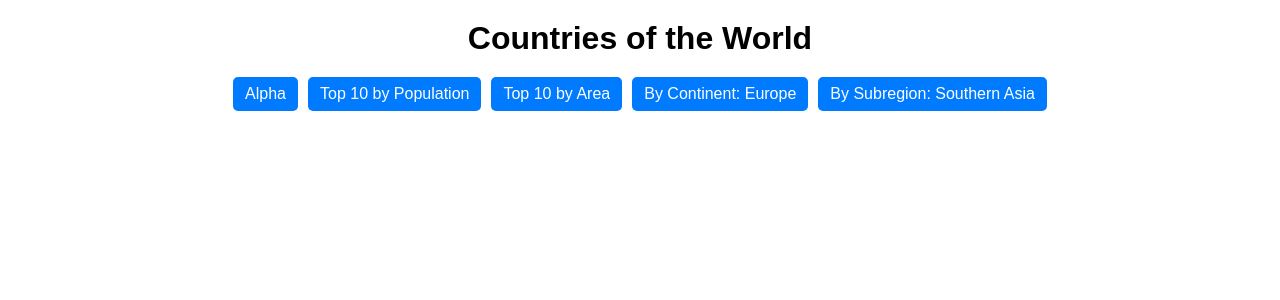
Repository: GavinPahal/Labweek10
Page: /
These files come from the project's save history. The page is drawn as it stood at one moment and after the next save; the edit follows.
The browser window is 1280 px wide. The pictures show the whole page.
The page's requests for data from a server got no answer. The project was rebuilt for these pictures with package versions that can differ from the ones it lists, and the page was loaded fresh each time. No one was signed in, and anything a server would have sent is missing. Also part of the build but not shown: vite.config.js, src/components/Country.jsx.

Above is the page before, as saved 2024-11-08 23:16:03.

### src/main.jsx
import React from 'react';
import ReactDOM from 'react-dom/client';
import App from './App.jsx'; // Import your App component here
import './App.css'; // Ensure styling is imported

ReactDOM.createRoot(document.getElementById('root')).render(
  <React.StrictMode>
    <App />
  </React.StrictMode>,
);

### src/App.jsx
import React, { useState, useEffect } from 'react';
import Countries from './components/Countries';
import './App.css';

function App() {
  const [countries, setCountries] = useState([]);
  const [filteredCountries, setFilteredCountries] = useState([]);
  const [continentFilter, setContinentFilter] = useState('');
  const [subregionFilter, setSubregionFilter] = useState('');

  useEffect(() => {
    fetch('https://restcountries.com/v3.1/all')
      .then(response => response.json())
      .then(data => {
        setCountries(data);
        setFilteredCountries(data);
      })
      .catch(error => console.error('Error fetching data:', error));
  }, []);

  const filterByContinent = (continent) => {
    setContinentFilter(continent);
    setSubregionFilter('');
    setFilteredCountries(countries.filter(country => country.continents.includes(continent)));
  };

  const filterBySubregion = (subregion) => {
    setSubregionFilter(subregion);
    setContinentFilter('');
    setFilteredCountries(countries.filter(country => country.subregion === subregion));
  };

  const top10 = (type) => {
    const sorted = [...countries].sort((a, b) => b[type] - a[type]).slice(0, 10);
    setFilteredCountries(sorted);
  };

  const sortAlphabetically = () => {
    const sorted = [...filteredCountries].sort((a, b) => a.name.common.localeCompare(b.name.common));
    setFilteredCountries(sorted);
  };

  return (
    <div className="app">
      <h1>Countries of the World</h1>
      <div className="filters">
        <button onClick={sortAlphabetically}>Alpha</button>
        <button onClick={() => top10('population')}>Top 10 by Population</button>
        <button onClick={() => top10('area')}>Top 10 by Area</button>
        <button onClick={() => filterByContinent('Europe')}>By Continent: Europe</button>
        <button onClick={() => filterBySubregion('Southern Asia')}>By Subregion: Southern Asia</button>
      </div>
      <Countries countries={filteredCountries} />
    </div>
  );
}

export default App;

### src/App.css
/* App.css */

.app {
  font-family: Arial, sans-serif;
  text-align: center;
}

h1 {
  font-size: 2em;
  margin: 20px 0;
}

.filters {
  display: flex;
  justify-content: center;
  gap: 10px;
  margin-bottom: 20px;
}

button {
  padding: 8px 12px;
  font-size: 1em;
  border: none;
  background-color: #007bff;
  color: white;
  cursor: pointer;
  border-radius: 5px;
}

button:hover {
  background-color: #0056b3;
}

.countries {
  display: flex;
  flex-wrap: wrap;
  justify-content: center;
  gap: 20px;
}

.country {
  border: 1px solid #ddd;
  padding: 15px;
  border-radius: 5px;
  width: 250px;
  text-align: left;
}

.flag {
  width: 100%;
  height: auto;
  border-radius: 5px;
  margin-bottom: 10px;
}

.country h2 {
  font-size: 1.2em;
  margin: 0;
}

.country p {
  margin: 5px 0;
  font-size: 0.9em;
  color: #555;
}

a {
  color: #007bff;
  text-decoration: none;
}

a:hover {
  text-decoration: underline;
}

### src/components/Countries.jsx
import React from 'react';
import Country from './Country';

function Countries({ countries }) {
  return (
    <div className="countries">
      {countries.map((country, index) => (
        <Country key={index} country={country} />
      ))}
    </div>
  );
}

export default Countries;

Loaded but not shown: index.html (common file)

After the next save:
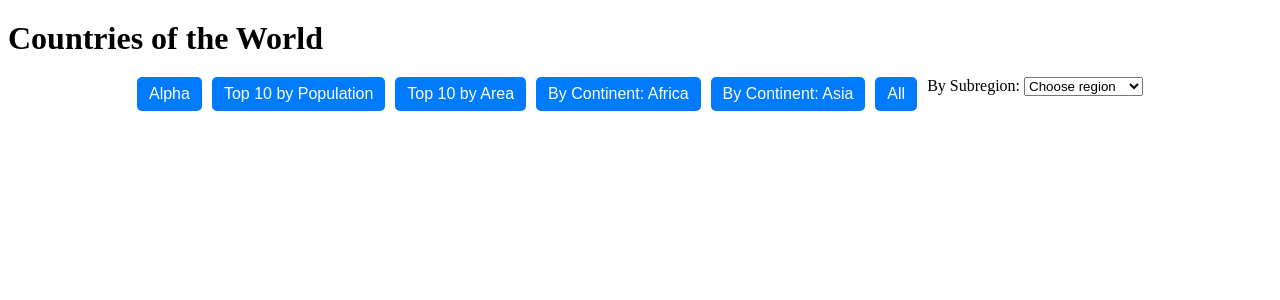
Saved 72 s later.
--- a/src/App.jsx
+++ b/src/App.jsx
@@ -4,53 +4,83 @@ import './App.css';
 
 function App() {
   const [countries, setCountries] = useState([]);
-  const [filteredCountries, setFilteredCountries] = useState([]);
+  const [displayedCountries, setDisplayedCountries] = useState([]);
+  const [filterOption, setFilterOption] = useState('');
+  const [sortOption, setSortOption] = useState('');
   const [continentFilter, setContinentFilter] = useState('');
   const [subregionFilter, setSubregionFilter] = useState('');
 
+  // Fetch country data from the REST API on component mount
   useEffect(() => {
     fetch('https://restcountries.com/v3.1/all')
       .then(response => response.json())
       .then(data => {
         setCountries(data);
-        setFilteredCountries(data);
+        setDisplayedCountries(data);
       })
-      .catch(error => console.error('Error fetching data:', error));
+      .catch(error => console.error('Error fetching countries:', error));
   }, []);
 
-  const filterByContinent = (continent) => {
+  // Filter by continent or subregion
+  const handleContinentFilter = (continent) => {
     setContinentFilter(continent);
     setSubregionFilter('');
-    setFilteredCountries(countries.filter(country => country.continents.includes(continent)));
+    setDisplayedCountries(countries.filter(country => country.continents.includes(continent)));
   };
 
-  const filterBySubregion = (subregion) => {
+  const handleSubregionFilter = (subregion) => {
     setSubregionFilter(subregion);
     setContinentFilter('');
-    setFilteredCountries(countries.filter(country => country.subregion === subregion));
+    setDisplayedCountries(countries.filter(country => country.subregion === subregion));
   };
 
-  const top10 = (type) => {
-    const sorted = [...countries].sort((a, b) => b[type] - a[type]).slice(0, 10);
-    setFilteredCountries(sorted);
+  // Sort and Top 10 filters
+  const handleSort = (type) => {
+    let sortedCountries;
+    if (type === 'alpha') {
+      sortedCountries = [...displayedCountries].sort((a, b) => a.name.common.localeCompare(b.name.common));
+    } else if (type === 'population') {
+      sortedCountries = [...displayedCountries].sort((a, b) => b.population - a.population).slice(0, 10);
+    } else if (type === 'area') {
+      sortedCountries = [...displayedCountries].sort((a, b) => b.area - a.area).slice(0, 10);
+    }
+    setDisplayedCountries(sortedCountries);
   };
 
-  const sortAlphabetically = () => {
-    const sorted = [...filteredCountries].sort((a, b) => a.name.common.localeCompare(b.name.common));
-    setFilteredCountries(sorted);
+  // Reset Filters
+  const resetFilters = () => {
+    setDisplayedCountries(countries);
+    setContinentFilter('');
+    setSubregionFilter('');
+    setSortOption('');
   };
 
   return (
-    <div className="app">
+    <div className="App">
       <h1>Countries of the World</h1>
+
       <div className="filters">
-        <button onClick={sortAlphabetically}>Alpha</button>
-        <button onClick={() => top10('population')}>Top 10 by Population</button>
-        <button onClick={() => top10('area')}>Top 10 by Area</button>
-        <button onClick={() => filterByContinent('Europe')}>By Continent: Europe</button>
-        <button onClick={() => filterBySubregion('Southern Asia')}>By Subregion: Southern Asia</button>
+        <button onClick={() => handleSort('alpha')}>Alpha</button>
+        <button onClick={() => handleSort('population')}>Top 10 by Population</button>
+        <button onClick={() => handleSort('area')}>Top 10 by Area</button>
+
+        <button onClick={() => handleContinentFilter('Africa')}>By Continent: Africa</button>
+        <button onClick={() => handleContinentFilter('Asia')}>By Continent: Asia</button>
+
+        <button onClick={resetFilters}>All</button>
+
+        <div>
+          <label>By Subregion: </label>
+          <select onChange={(e) => handleSubregionFilter(e.target.value)}>
+            <option value="">Choose region</option>
+            <option value="Caribbean">Caribbean</option>
+            <option value="Western Europe">Western Europe</option>
+            {/* Add other subregion options as needed */}
+          </select>
+        </div>
       </div>
-      <Countries countries={filteredCountries} />
+
+      <Countries countries={displayedCountries} />
     </div>
   );
 }
